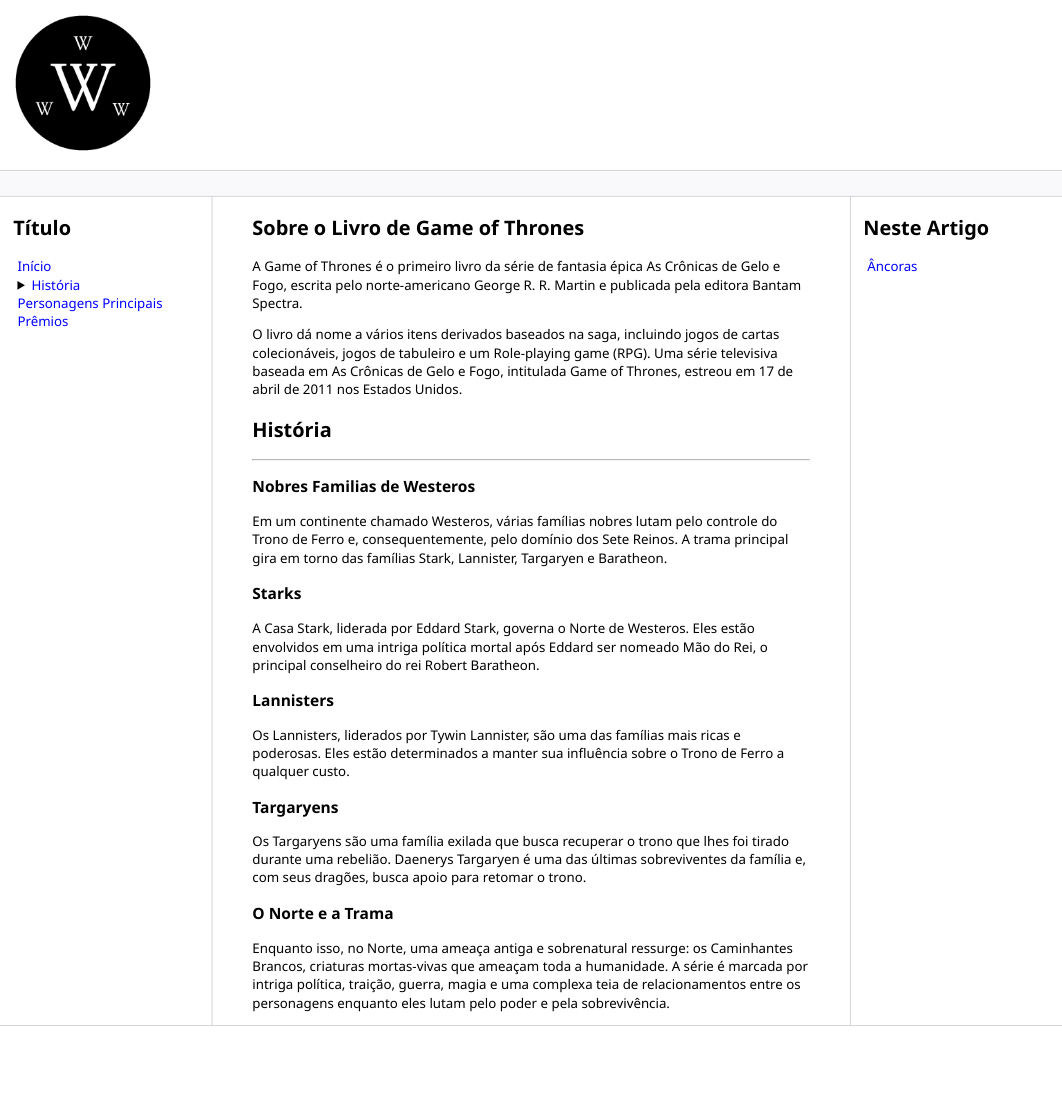
Repository: gustavotwist/projeto-w-wikipedia
Page: index.html
These files come from the project's save history. The page is drawn as it stood at one moment and after the next save; the edit follows.
The browser window is 1280 px wide. The pictures show the whole page, at 83% of full size.

Above is the page before, as saved 2024-05-01 11:55:45.

After the next save:
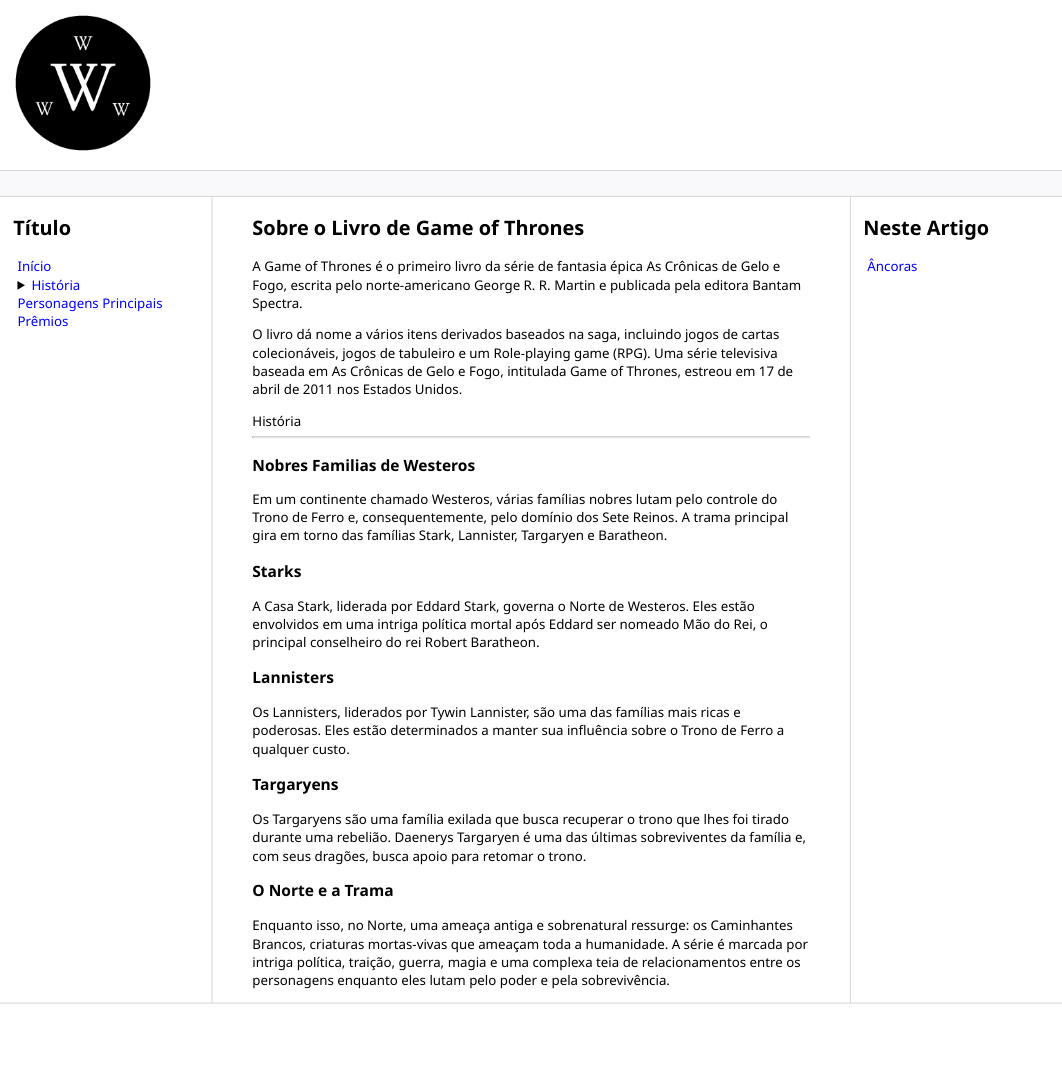
Saved 7 s later.
--- a/index.html
+++ b/index.html
@@ -38,7 +38,7 @@
             <h1>Sobre o Livro de Game of Thrones</h1>
             <p>A Game of Thrones é o primeiro livro da série de fantasia épica As Crônicas de Gelo e Fogo, escrita pelo norte-americano George R. R. Martin e publicada pela editora Bantam Spectra.</p>
             <p>O livro dá nome a vários itens derivados baseados na saga, incluindo jogos de cartas colecionáveis, jogos de tabuleiro e um Role-playing game (RPG). Uma série televisiva baseada em As Crônicas de Gelo e Fogo, intitulada Game of Thrones, estreou em 17 de abril de 2011 nos Estados Unidos.</p>
-            <figure></figure>
+            <figure></figure
 
             <h2>História</h2><hr>
             <h3>Nobres Familias de Westeros</h3>

After the 2 saves that followed:
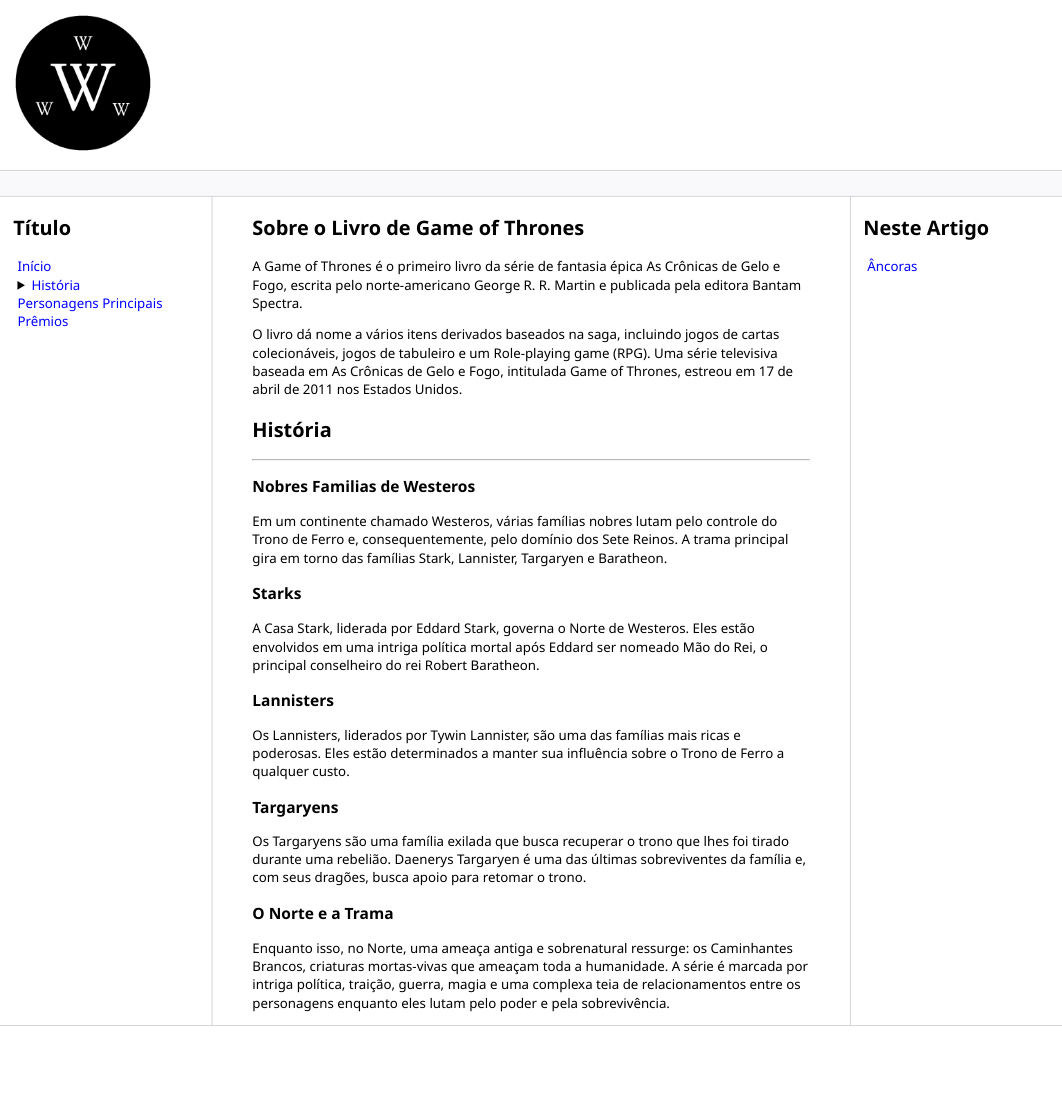
The 2 saves are shown as one change because they came seconds apart.
The last was saved 11 s later.
--- a/index.html
+++ b/index.html
@@ -38,7 +38,9 @@
             <h1>Sobre o Livro de Game of Thrones</h1>
             <p>A Game of Thrones é o primeiro livro da série de fantasia épica As Crônicas de Gelo e Fogo, escrita pelo norte-americano George R. R. Martin e publicada pela editora Bantam Spectra.</p>
             <p>O livro dá nome a vários itens derivados baseados na saga, incluindo jogos de cartas colecionáveis, jogos de tabuleiro e um Role-playing game (RPG). Uma série televisiva baseada em As Crônicas de Gelo e Fogo, intitulada Game of Thrones, estreou em 17 de abril de 2011 nos Estados Unidos.</p>
-            <figure></figure
+            <figure>
+
+            </figure>
 
             <h2>História</h2><hr>
             <h3>Nobres Familias de Westeros</h3>
